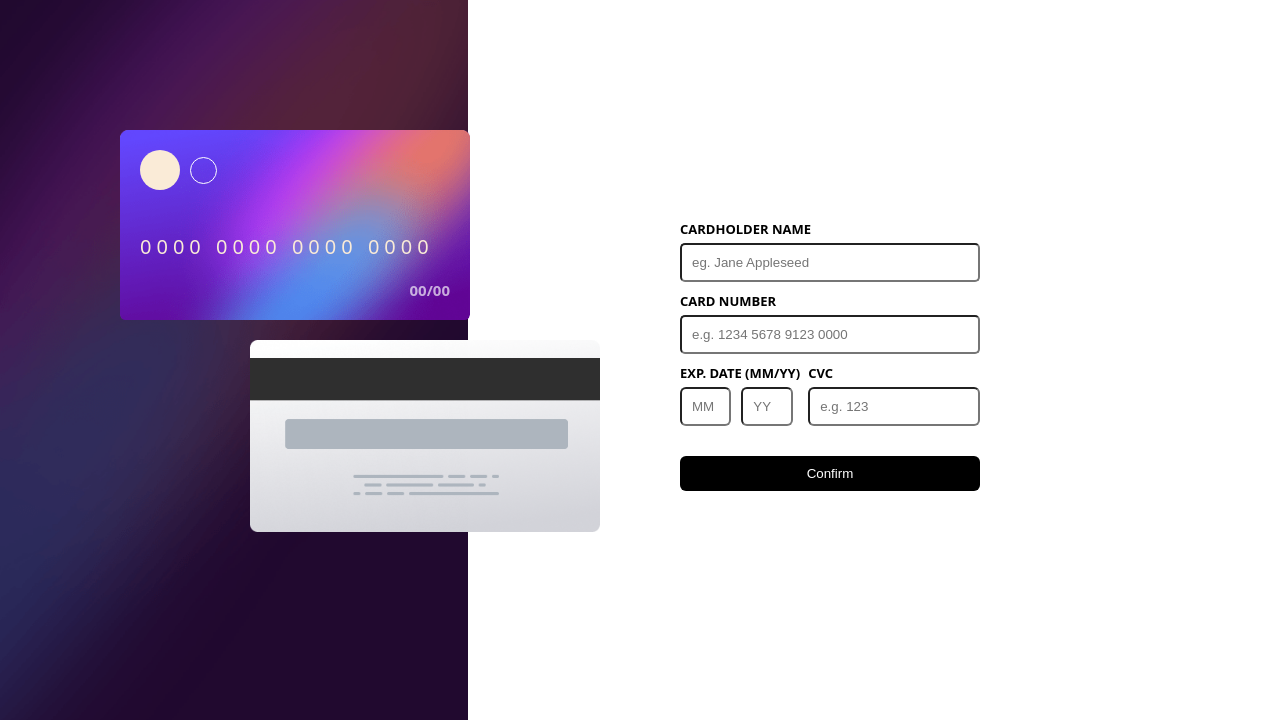
Repository: Celebration-cloud/my-project
Page: interactive-card-details-form-main/index.html
An editor plug-in stored every save of this project. The page is shown before and after the next save, followed by the edit.
The browser window is 1280 px wide. The pictures show the whole page.

Above is the page before, as saved 2023-08-23 10:59:21.

### interactive-card-details-form-main/index.html
<!DOCTYPE html>
<html lang="en">
<head>
  <meta charset="UTF-8">
  <meta name="viewport" content="width=device-width, initial-scale=1.0"> <!-- displays site properly based on user's device -->

  <link rel="icon" type="image/png" sizes="32x32" href="./images/favicon-32x32.png">
  <link rel="stylesheet" href="index.css">

  <title>Frontend Mentor | Interactive card details form</title>

  <!-- Feel free to remove these styles or customise in your own stylesheet 👍 -->
  <style>
    .attribution { font-size: 11px; text-align: center; }
    .attribution a { color: hsl(228, 45%, 44%); }
  </style>
</head>
<body>
  <div class="container">
    <section id="section-a" class="section-a">
      <div id="card">
        <div class="port">
          <div id="profile"></div>
          <span class="detail"></span>
        </div>
        <div class="credentials">
          <p id="card-number">0000 0000 0000 0000</p>
          <div id="others">
            <div id="card-name"></div>
            <div id="exp-date">00/00</div>
          </div>
        </div>
      </div>
      <div id="card-back">
        <p id="cvc-digit"></p>
      </div>

    </section>
    <!-- Add your site or application content here -->
    <!-- Card Details Form Section-->
    <section id="section-b" class="section-b">
      <form action="">
        <label for="name" id="cardholder-number-label">CARDHOLDER NAME</label><br/>
        <input name="name" id="cardholder-number-input" aria-required="false" placeholder="eg. Jane Appleseed" required/><br/>
        <label for="card-number" id="card-number-label">CARD NUMBER</label><br/>
        <input name="card-number" id="card-number-input" type="tel" aria-required="false" placeholder="e.g. 1234 5678 9123 0000" required/><br/>
        <div class="more">
          <div class="date">
            <label for="expire-date" id="expire-date-label">EXP. DATE (MM/YY)</label><br/>
            <div class="year">
              <input name="expire-date" id="expire-date" type="tel" aria-required="false" placeholder="MM" required/><br/>
              <input name="expire-date" id="expire-date2" type="tel" aria-required="false" placeholder="YY" required/><br/>
            </div>
          </div>
          <div class="back-info">
            <label for="cvc" id="cvc-label">CVC</label><br/>
            <input name="cvc" aria-required="false" id="cvc" type="tel" placeholder="e.g. 123" required/><br/>
          </div><br>
        </div>
        <button type="submit">Confirm</button>
      </form>

    </section>
  </div>

  <!-- 0000 0000 0000 0000
  00/00

  000

  Cardholder Name
  e.g. Jane Appleseed

  Card Number
  e.g. 1234 5678 9123 0000

  Exp. Date (MM/YY)
  MM
  YY

  CVC
  e.g. 123

  Confirm -->

  <!-- Completed state start -->

  <!-- Thank you!
  We've added your card details
  Continue -->

  <!-- <div class="attribution">
    Challenge by <a href="https://www.frontendmentor.io?ref=challenge" target="_blank">Frontend Mentor</a>.
    Coded by <a href="#">Your Name Here</a>.
  </div> -->
</body>
</html>

### interactive-card-details-form-main/index.css
body{
    font-family: system-ui, -apple-system, BlinkMacSystemFont, 'Segoe UI', Roboto, Oxygen, Ubuntu, Cantarell, 'Open Sans', 'Helvetica Neue', sans-serif;
    font-weight: bolder;
    font-size: small;
    margin: 0;
    -webkit-user-select: none;
    user-select: none;
    padding: 0;
    background-image: url(images/bg-main-desktop.png);
    background-repeat: no-repeat;
    background-size: 65vh;
    height: 100%;
}
.container{
    display: flex;
    height: 100vh;
    gap: 80px;
    justify-content: center;
}
#section-a{
    align-self: center;
    width: 50%;
    gap: 20px;
    display: flex;
    flex-direction: column;
}
#card{
    background-image: url(images/bg-card-front.png);
    background-repeat: no-repeat;
    background-size: cover;
    width: 310px;
    height: 150px;
    border-radius: 5px;
    padding: 20px;
    margin-left: 120px;
    display: flex;
    flex-direction: column;
}
.credentials{
    display: flex;
    flex-direction: column;
    justify-content: flex-end;
    height: 100%;
}
.port{
    display: flex;
    gap: 10px;
}
#profile{
    width: 40px;
    height: 40px;
    background-color: antiquewhite;
    border-radius: 100%;
}
.detail{
    align-self: center;
    width: 25px;
    height: 25px;
    border-radius: 100%;
    border: 1px white solid;
}
#card-number{
    font-size: 20px;
    font-weight: lighter;
    color: antiquewhite;
    letter-spacing: 5px;
}
#others{
    display: flex;
    justify-content: space-between;
}
#exp-date{
    font-size: 15px;
    color: rgba(255, 255, 255, 0.658);
}
#card-name{
    font-size: 10px;
    color: antiquewhite;
}
#card-back{
    background-image: url(images/bg-card-back.png);
    background-repeat: no-repeat;
    background-size: contain;
    width: 350px;
    height: 250px;
    border-radius: 5px;
    align-self: flex-end;
}
#cvc-digit{
    text-align: end;
    margin-top: 81px;
    font-size: large;
    margin-right: 45px;
    color: white;
}
#section-b{
    align-self: center;
    width: 50%;
    display: flex;
    flex-direction: column;
}
#cardholder-number-input{
    margin-top: 5px;
    box-sizing: border-box;
    padding: 10px;
    border-radius: 5px;
    width: 50%;
    margin-bottom: 10px;
}
#card-number-input{
    box-sizing: border-box;
    margin-top: 5px;
    padding: 10px;
    border-radius: 5px;
    width: 50%;
    margin-bottom: 10px;
}
.more{
    display: flex;
    width: 50%;
}
button{
    box-sizing: border-box;
    padding: 10px;
    border-radius: 6px;
    width: 50%;
    margin-bottom: 10px;
    background-color: black;
    color: white;
    border: none;
}
.year{
    display: flex;
}
.date{
    width: 50%;
}
#expire-date{
    box-sizing: border-box;
    padding: 10px;
    border-radius: 6px;
    width: 40%;
    margin-bottom: 30px;
    margin-right: 10px;
    margin-top: 5px;
}
#expire-date2{
    box-sizing: border-box;
    padding: 10px;
    border-radius: 6px;
    width: 40%;
    margin-bottom: 30px;
    margin-top: 5px;
}
#cvc{
    box-sizing: border-box;
    padding: 10px;
    border-radius: 6px;
    width: 100%;
    margin-bottom: 30px;
    margin-top: 5px;
}

@media (max-width: 1024px) {
    body{
        background-image: none;
        background-repeat: no-repeat;
        background-size: 70%;
        height: 10vh;

    }
    .container{
        display: flex;
        flex-direction: column;
        height: 7cap;
        gap: 0px;
        justify-content: flex-start;
        background-image: url(images/bg-main-mobile.png);
        background-repeat: no-repeat;
        background-size: cover;
        height: 40vh;
    }
    #section-a{
        gap: 0px;
        display: flex;
        flex-direction: column-reverse;
    }
    #section-b{
        align-self: center;
        width: 50%;
        display: flex;
        flex-direction: column;

        padding: 50px;
    }
    #cardholder-number-input{
        margin-top: 5px;
        box-sizing: border-box;
        padding: 10px;
        border-radius: 5px;
        width: 100%;
        margin-bottom: 10px;
    }
    #card-number-input{
        box-sizing: border-box;
        margin-top: 5px;
        padding: 10px;
        border-radius: 5px;
        width: 100%;
        margin-bottom: 10px;
    }
    .more{
        display: flex;
        width: 100%;
    }
    button{
        box-sizing: border-box;
        padding: 10px;
        border-radius: 6px;
        width: 100%;
        margin-bottom: 10px;
        background-color: black;
        color: white;
        border: none;
    }
    .year{
        display: flex;
    }
    .date{
        width: 50%;
    }
    #expire-date{
        box-sizing: border-box;
        padding: 10px;
        border-radius: 6px;
        width: 40%;
        margin-bottom: 30px;
        margin-right: 10px;
        margin-top: 5px;
    }
    #expire-date2{
        box-sizing: border-box;
        padding: 10px;
        border-radius: 6px;
        width: 40%;
        margin-bottom: 30px;
        margin-top: 5px;
    }
    #cvc{
        box-sizing: border-box;
        padding: 10px;
        border-radius: 6px;
        width: 100%;
        margin-bottom: 30px;
        margin-top: 5px;
    }
    #card{
        width: 270px;
        height: 140px;
        border-radius: 5px;
        margin: 0;
        padding: 20px;
    }
    #card-back{
        width: 310px;
        height: 250px;
        border-radius: 5px;
        align-self: flex-end;
        margin-bottom: -154px;
    }
    #cvc-digit{
        margin-top: 74px;
        font-size: small;
        margin-right: 40px;
    }
}
@media (max-width: 762px) {
    .container{
        height: 200px;
    }
    #section-a{
        width: 100%;
        margin-left: 20px;
        margin: 20px;
    }
    #card-back{
        width: 300px;
        height: 150px;
        align-self: flex-end;
        margin-right: 20px;
    }
    #card{
        width: 250px;
        height: 120px;
        align-self: flex-start;
        margin-left: 20px;
        margin-top: 90px;
    }
    #card-number{
        font-size: 17px;
        font-weight: lighter;
        color: antiquewhite;
        letter-spacing: 2px;
    }
    #section-b{
        align-self: flex-start;
        width: 85%;
        display: flex;
        flex-direction: column;
        padding: 21px;
        margin: 0;
    }
    .more{
        width: 100%;
    }
    #cvc-digit{
        margin-top: 64px;
        font-size: small;
        margin-right: 60px;
    }
}

After the next save:
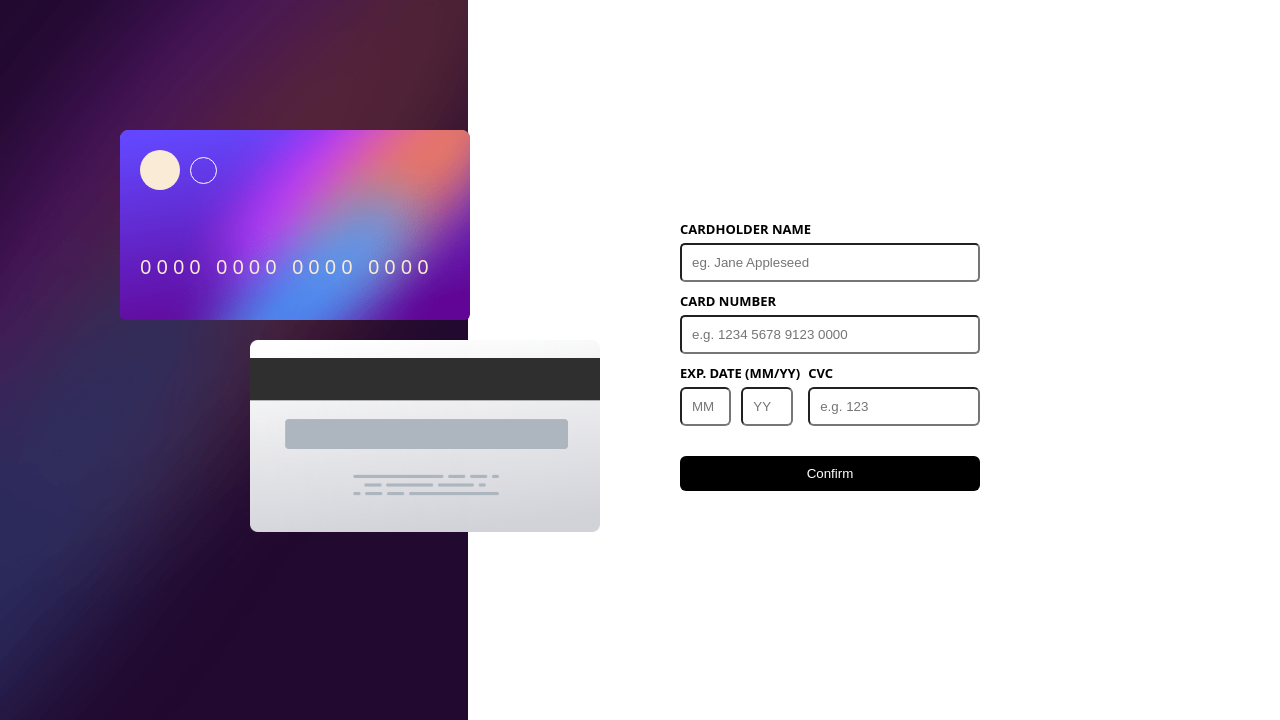
Saved 21 s later.
--- a/interactive-card-details-form-main/index.html
+++ b/interactive-card-details-form-main/index.html
@@ -27,7 +27,7 @@
           <p id="card-number">0000 0000 0000 0000</p>
           <div id="others">
             <div id="card-name"></div>
-            <div id="exp-date">00/00</div>
+            <div id="exp-date"></div>
           </div>
         </div>
       </div>
